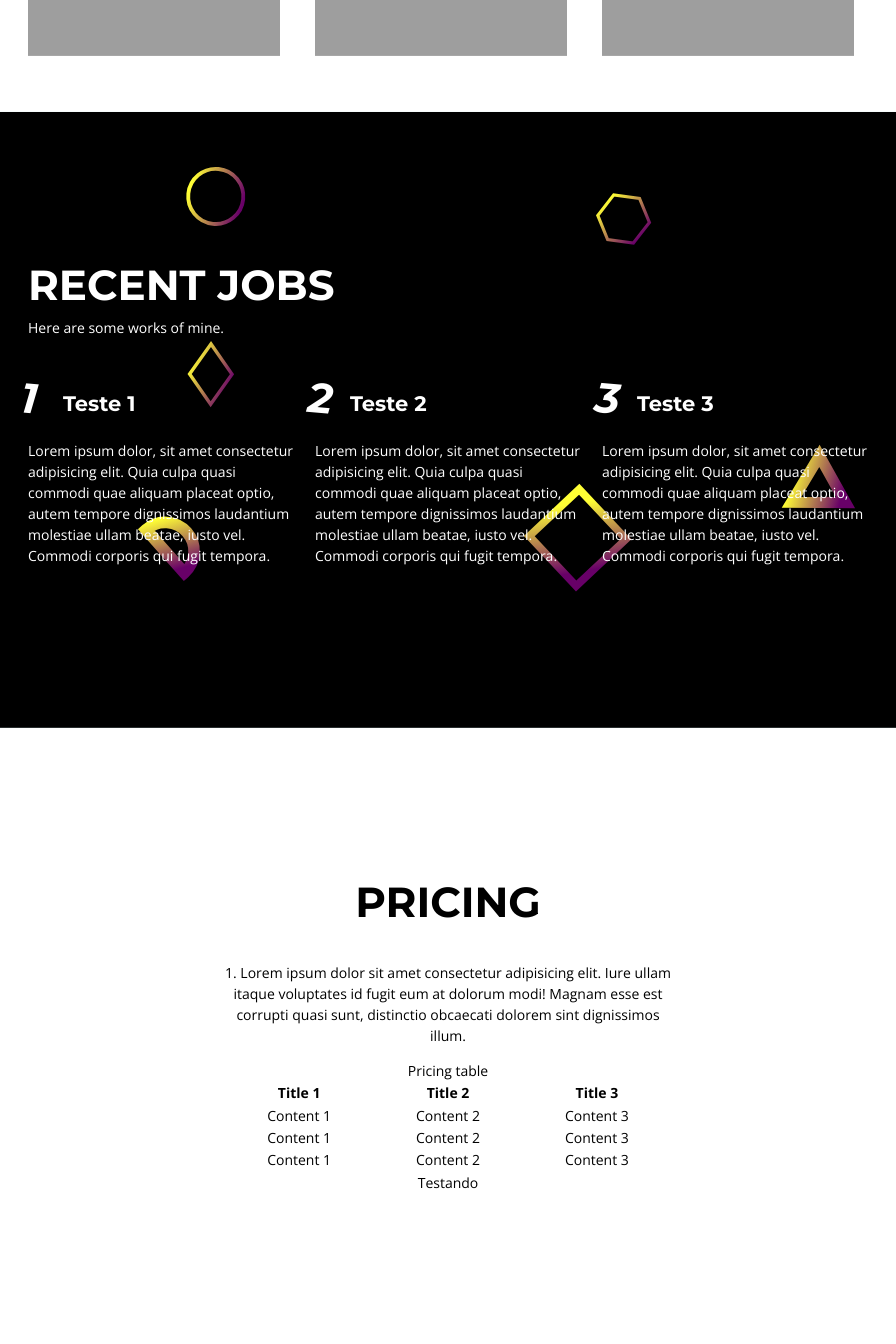
Repository: danilodscosta/CursoHTML
Page: aula1/index.html
An editor plug-in stored every save of this project. The page is shown before and after the next save, followed by the edit.
The browser window is 1280 px wide. The pictures show the part of the page from y = 3637 to 5557 px (the page is 5557 px tall), at 70% of full size.
Pictures or frames that could not be fetched are drawn as grey boxes.

Above is the page before, as saved 2024-02-05 18:50:50.

After the next save:
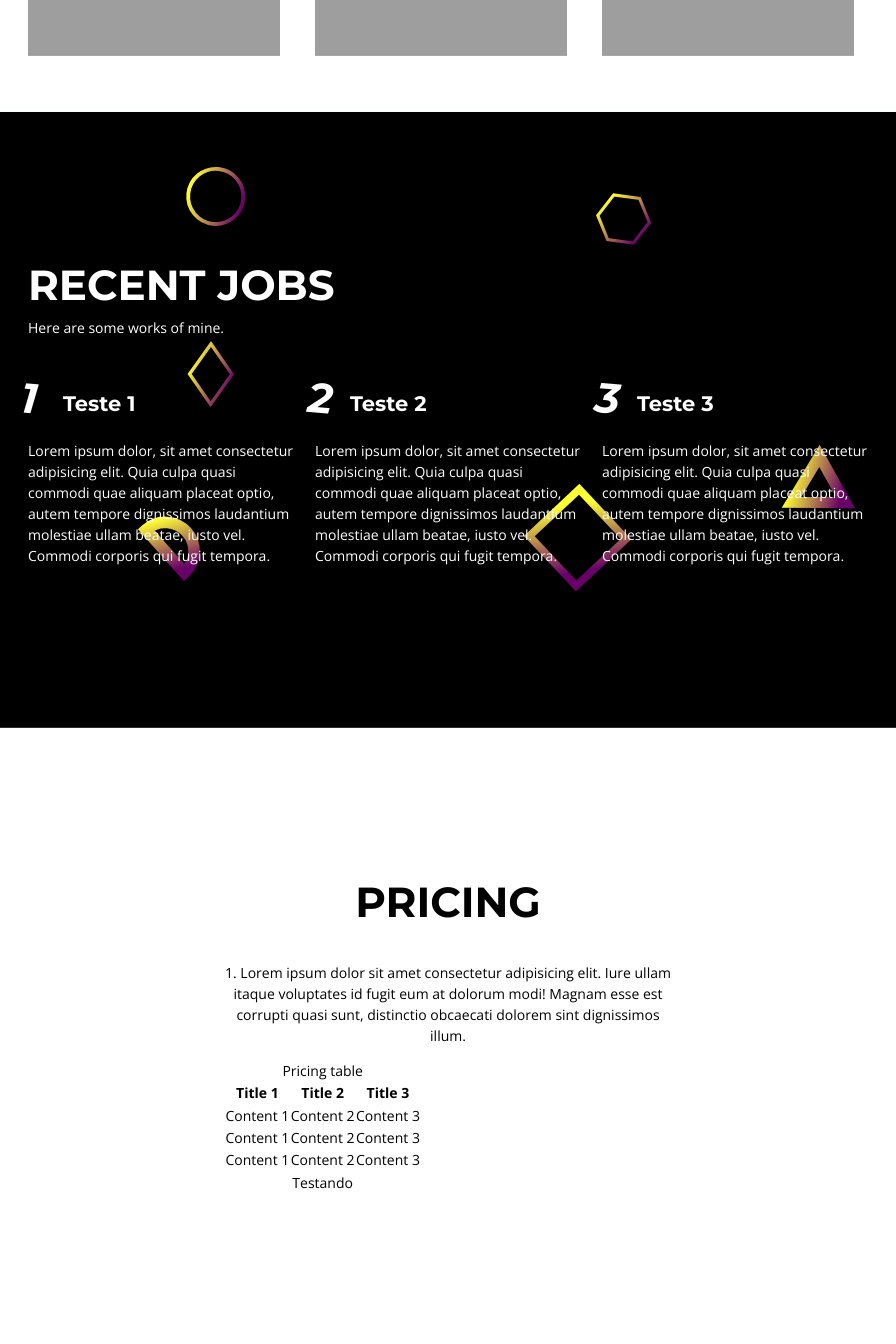
Saved 73 s later.
--- a/aula1/index.html
+++ b/aula1/index.html
@@ -143,41 +143,43 @@
             <h2>pricing</h2>
             <p>1. Lorem ipsum dolor sit amet consectetur adipisicing elit. Iure ullam itaque voluptates id fugit eum at dolorum modi! Magnam esse est corrupti quasi sunt, distinctio obcaecati dolorem sint dignissimos illum.</p>
 
+            <div class="responsive-table">
             <table>
                 <caption>Pricing table</caption>
 
-                <thead>
-                    <tr>
-                        <th>Title 1</th>
-                        <th>Title 2</th>
-                        <th>Title 3</th>
-                    </tr>
-                </thead>
+                    <thead>
+                        <tr>
+                            <th>Title 1</th>
+                            <th>Title 2</th>
+                            <th>Title 3</th>
+                        </tr>
+                    </thead>
 
-                <tbody>
-                    <tr>
-                        <td>Content 1</td>
-                        <td>Content 2</td>
-                        <td>Content 3</td>
-                    </tr>
-                    <tr>
-                        <td>Content 1</td>
-                        <td>Content 2</td>
-                        <td>Content 3</td>
-                    </tr>
-                    <tr>
-                        <td>Content 1</td>
-                        <td>Content 2</td>
-                        <td>Content 3</td>
-                    </tr>
-                </tbody>
+                    <tbody>
+                        <tr>
+                            <td>Content 1</td>
+                            <td>Content 2</td>
+                            <td>Content 3</td>
+                        </tr>
+                        <tr>
+                            <td>Content 1</td>
+                            <td>Content 2</td>
+                            <td>Content 3</td>
+                        </tr>
+                        <tr>
+                            <td>Content 1</td>
+                            <td>Content 2</td>
+                            <td>Content 3</td>
+                        </tr>
+                    </tbody>
 
-                <tfoot>
-                    <tr>
-                        <td colspan="3">Testando</td>
-                    </tr>
-                </tfoot>
-            </table>
+                    <tfoot>
+                        <tr>
+                            <td colspan="3">Testando</td>
+                        </tr>
+                    </tfoot>
+                </table>
+            </div>
         </div>
     </section>
 

After the save that followed:
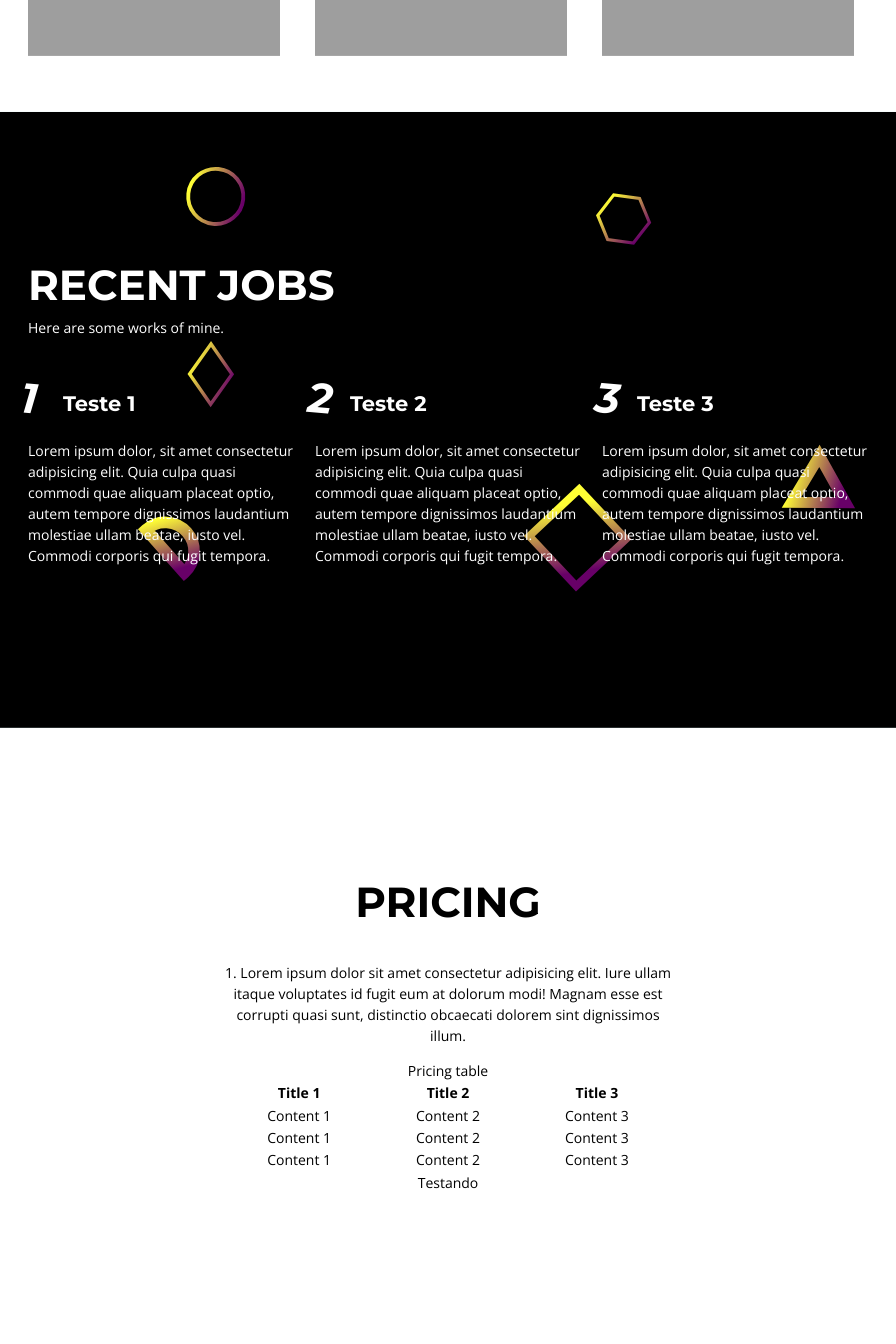
Saved 43 s later.
--- a/aula1/assets/css/elements.css
+++ b/aula1/assets/css/elements.css
@@ -52,3 +52,7 @@
 p {
     margin-bottom: 2rem;
 }
+
+table {
+    width: 100%;
+}
